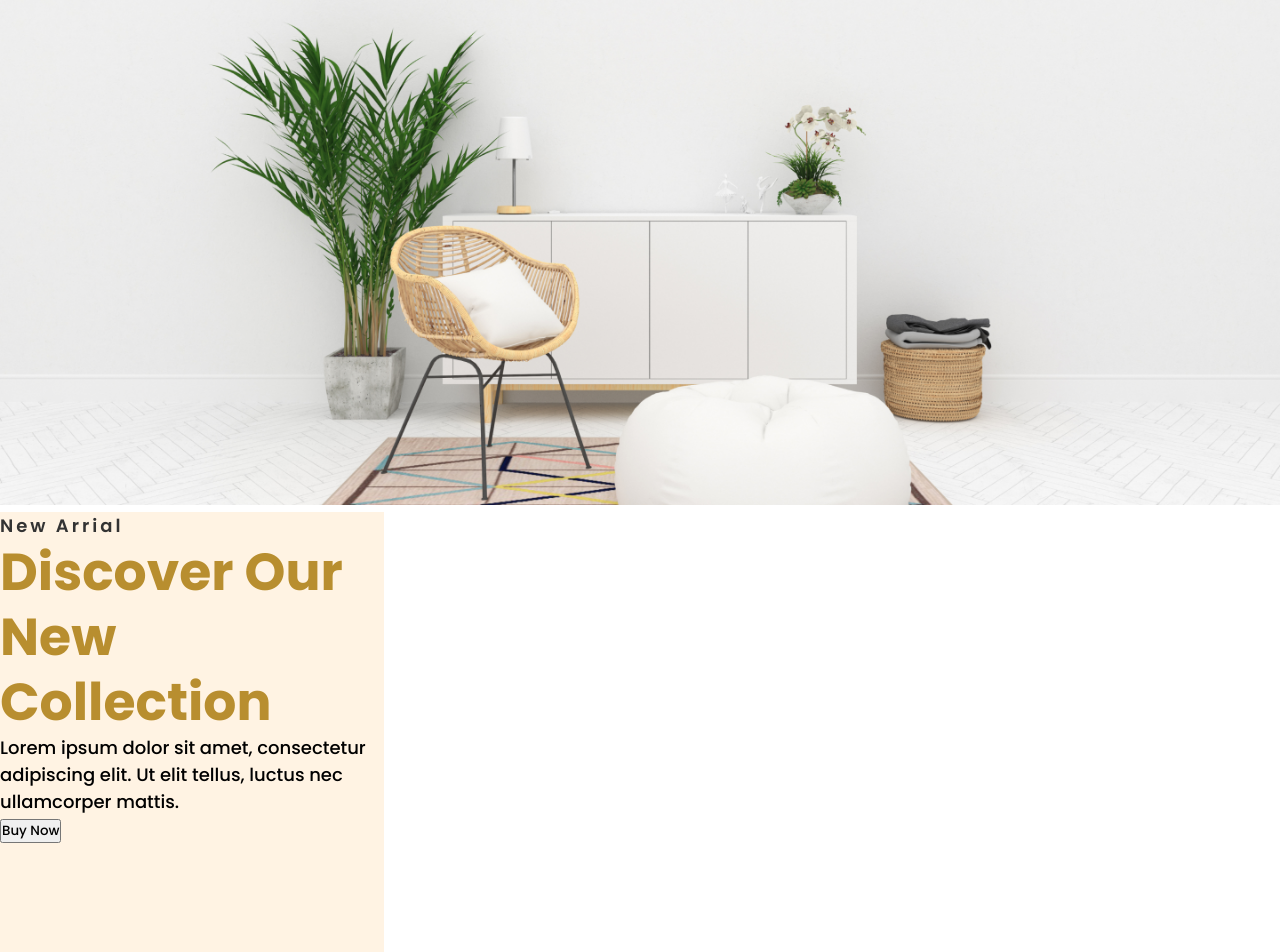
Repository: DT2301/project
Page: index.html
An editor plug-in stored every save of this project. The page is shown before and after the next save, followed by the edit.
The browser window is 1280 px wide. The pictures show the part of the page from y = 233 to 1185 px (the page is 1185 px tall).
A picture or video elsewhere on the page could not be fetched, so the positions and the page height are approximate.

Above is the page before, as saved 2024-01-07 10:14:04.

After the next save:
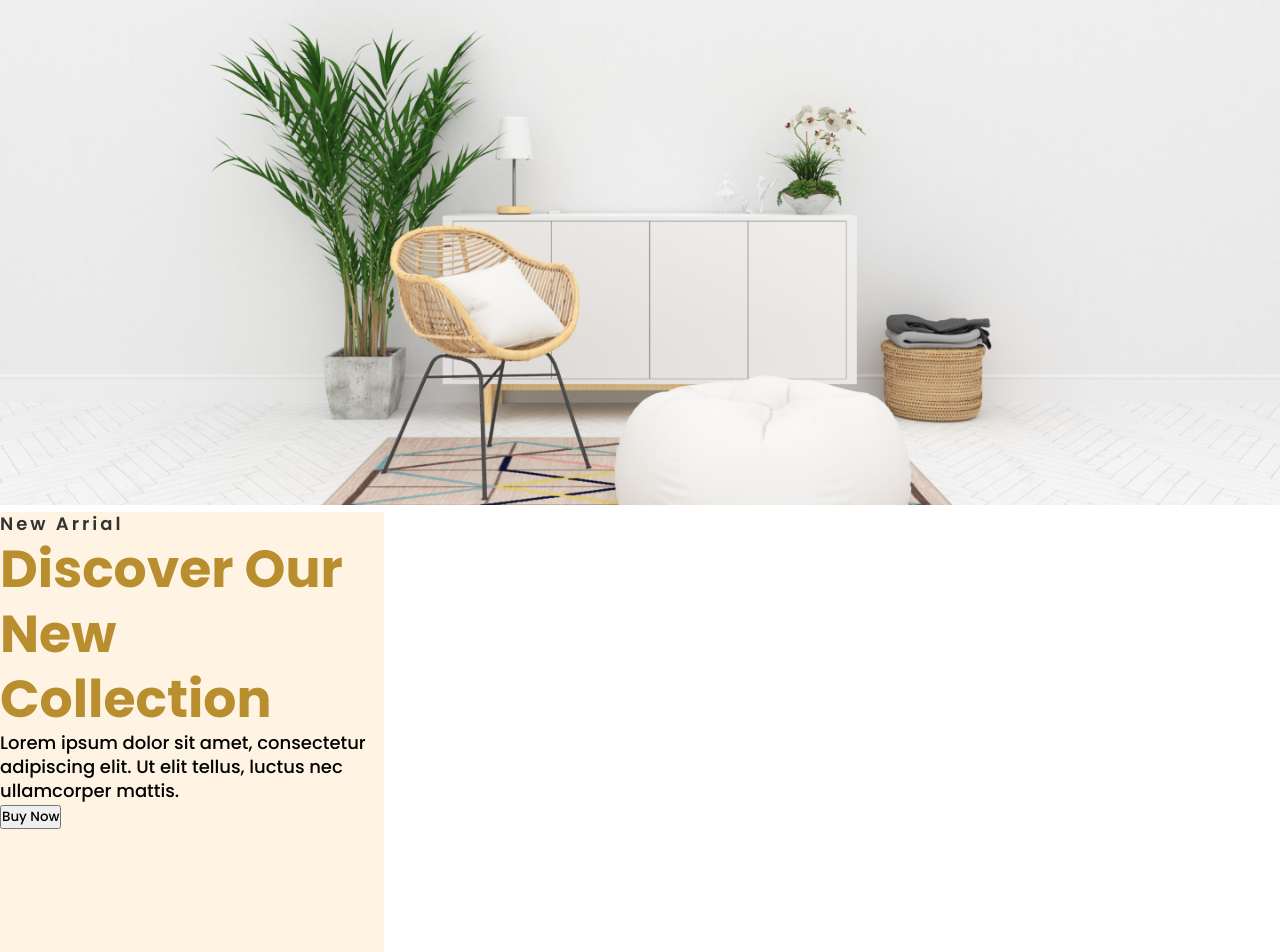
Saved 7 s later.
--- a/style.css
+++ b/style.css
@@ -73,4 +73,5 @@ ul {
 
 .infor{
     font-size: 18px;
+    line-height: 24px;
 }
